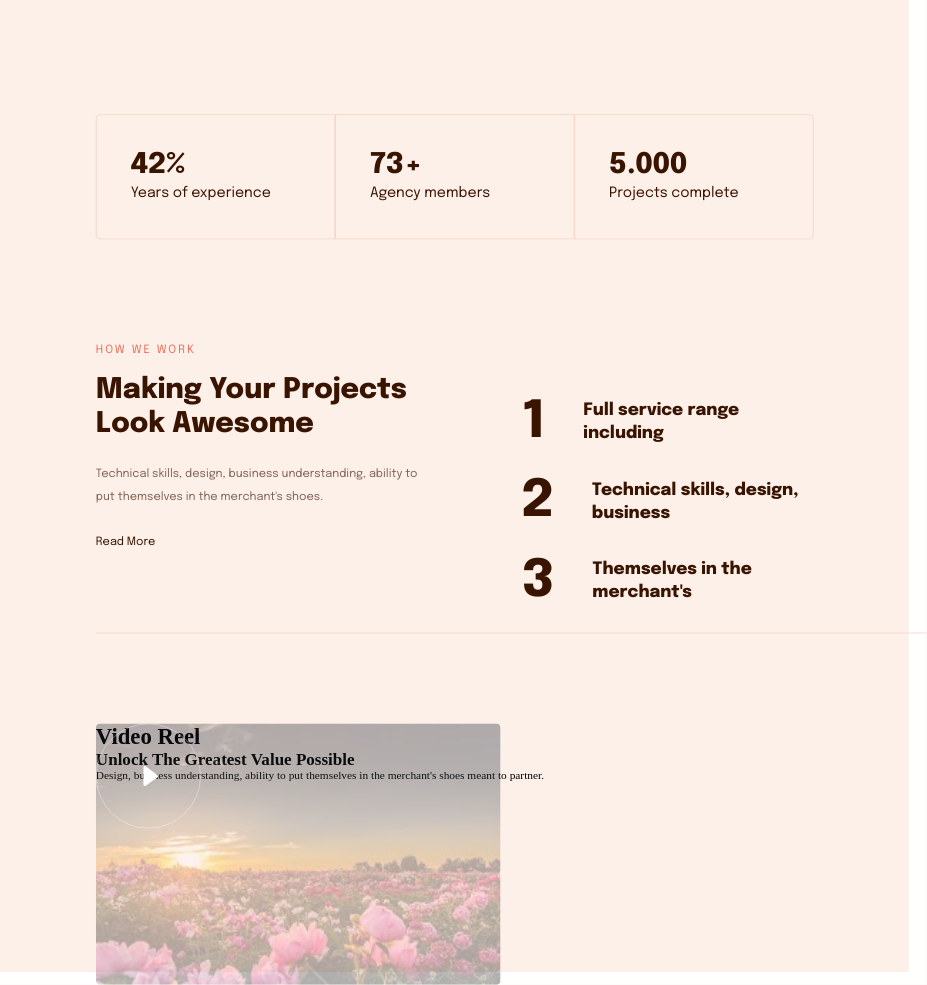
Repository: AytacJafarova/task2
Page: index.html
These files come from the project's save history. The page is drawn as it stood at one moment and after a run of saves; the edit follows.
The browser window is 1280 px wide. The page is 1305 px wide, so the pictures cover 1305 px, including what lies to the right of the window. The pictures show the whole page, at 71% of full size.

Above is the page before, as saved 2023-08-01 14:25:23.

### index.html
<!DOCTYPE html>
<html lang="en">

<head>
    <meta charset="UTF-8">
    <meta name="viewport" content="width=device-width, initial-scale=1.0">
    <title>Document</title>
    <link rel="stylesheet" href="./index.css">
</head>

<body>
    <div class="container">
        <div class="projects">
            <ul>
                <li>

                    <h1>42%</h1>
                    <p>Years of experience</p>
                </li>
                <li>
                    <h1>73+</h1>
                    <p>Agency members</p>
                </li>
                <li>
                    <h1>5.000</h1>
                    <p>Projects complete</p>
                </li>
            </ul>
        </div>
        <div class="work">
            <div class="box1">
                <h1>How we work</h1>
                <h2>Making Your Projects <br> Look Awesome</h2>
                <p>Technical skills, design, business understanding, ability to put themselves in the
                    merchant's shoes.</p>
                <a href="#">Read More</a>
            </div>
            <div class="box2">
                <ul>
                    <li>
                        <h1>1</h1>
                        <p>Full service range including</p>
                    </li>
                    <li>
                        <h1>2</h1>
                        <p>Technical skills, design, business</p>
                    </li>
                    <li>
                        <h1>3</h1>
                        <p>Themselves in the merchant's</p>
                    </li>
                </ul>
            </div>
        </div>
        <div class="border"></div>
        <div class="video">
            <div class="video-img">
                <img class="first" src="./images/images.jpg" alt="">
                <img src="./images/play.svg" alt="">
            </div>
            <div class="texts">
                <h1>Video Reel</h1>
                <h2>Unlock The Greatest Value Possible</h2>
                <p>Design, business understanding, ability to put themselves in the merchant's shoes meant to partner.
                </p>
            </div>
        </div>
    </div>
</body>

</html>

### index.css
@import url("https://fonts.googleapis.com/css2?family=Epilogue:wght@400;800&display=swap");
* {
  padding: 0;
  margin: 0;
  box-sizing: border-box;
}
.container {
  padding: 161px 134px 268px 135px;
  background: #fdf0e9;
}
.projects ul {
  display: flex;
  /* border-radius: 6px 0px 0px 6px; */
}
.projects ul li {
  display: flex;
  flex-direction: column;
  justify-content: center;
  list-style-type: none;
  border: 1px solid #f3d1bf;
  width: 33.33%;
  height: 176px;
  padding-left: 48px;
}
.projects li:first-child {
  border-radius: 6px 0px 0px 6px;
}
.projects li:last-child {
  border-radius: 0px 6px 6px 0px;
}

.projects ul li h1 {
  color: var(--text-dark, #391400);
  font-feature-settings: "clig" off, "liga" off;
  font-family: Epilogue;
  font-size: 40px;
  font-style: normal;
  font-weight: 800;
  line-height: 48px;
}
.projects ul li p {
  color: var(--text-dark, #391400);
  font-feature-settings: "clig" off, "liga" off;
  font-family: Epilogue;
  font-size: 20px;
  font-style: normal;
  font-weight: 400;
  line-height: 32px;
}
.work {
  display: flex;
  margin-top: 140px;
}
.box1 h1 {
  color: var(--text-dark-accent, #ef6d58);
  font-feature-settings: "clig" off, "liga" off;
  font-family: Epilogue;
  font-size: 16px;
  font-style: normal;
  font-weight: 400;
  line-height: 32px;
  letter-spacing: 3px;
  text-transform: uppercase;
  margin-bottom: 17px;
}
.box1 h2 {
  color: var(--text-dark, #391400);
  font-feature-settings: "clig" off, "liga" off;
  font-family: Epilogue;
  font-size: 40px;
  font-style: normal;
  font-weight: 800;
  line-height: 48px;
  margin-bottom: 30px;
}
.box1 p {
  width: 470px;
  height: 68px;
  flex-shrink: 0;
  color: var(--text-dark-gray, rgba(57, 20, 0, 0.64));
  font-feature-settings: "clig" off, "liga" off;
  font-family: Epilogue;
  font-size: 16px;
  font-style: normal;
  font-weight: 400;
  line-height: 32px;
  margin-bottom: 28px;
}
.box1 a {
  color: var(--text-dark, #391400);
  font-feature-settings: "clig" off, "liga" off;
  font-family: Epilogue;
  font-size: 16px;
  font-style: normal;
  font-weight: 400;
  line-height: 32px;
  text-decoration: none;
}
.box2 {
  display: flex;
  margin-left: 130px;
  margin-top: 78px;
}
.box2 ul li {
  display: flex;
  align-items: center;
  list-style-type: none;
  margin-bottom: 32px;
}
.box2 ul li h1 {
  margin-right: 55px;
  color: #391400;
  font-feature-settings: "clig" off, "liga" off;
  font-family: Epilogue;
  font-size: 72px;
  font-style: normal;
  font-weight: 800;
  line-height: 80px;
  letter-spacing: -2px;
}
.box2 ul li p {
  color: var(--text-dark, #391400);
  font-feature-settings: "clig" off, "liga" off;
  font-family: Epilogue;
  font-size: 24px;
  font-style: normal;
  font-weight: 700;
  line-height: 32px;
}
.border {
  width: 1170px;
  height: 1px;
  flex-shrink: 0;
  background: #f3d1bf;
}
.video {
  display: flex;
  margin-top: 127px;
}
.video .video-img .first {
  width: 570px;
  height: 368px;
  flex-shrink: 0;
  border-radius: 6px;
  opacity: 0.318057119846344;
  background: #5c2000;
}
.video .video-img img {
  width: 148px;
  height: 148px;
  flex-shrink: 0;
  color: FFFFF;
  margin-bottom: 0;
  position: absolute;
}
.video-img {
  position: relative;
}

After the next 2 saves:
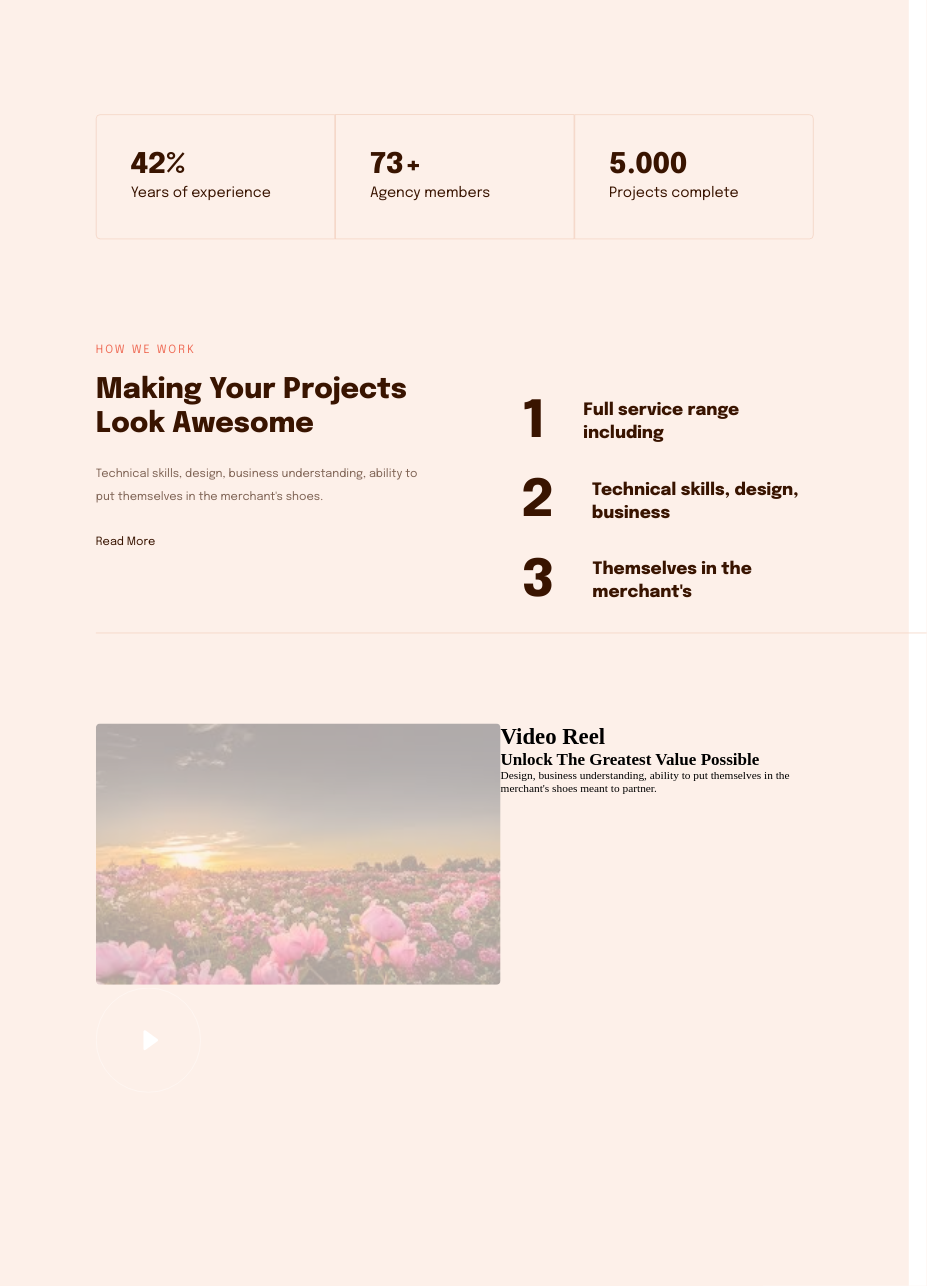
The 2 saves are shown as one change because they came seconds apart.
The last was saved 45 s later.
--- a/index.css
+++ b/index.css
@@ -151,8 +151,8 @@
   flex-shrink: 0;
   color: FFFFF;
   margin-bottom: 0;
-  position: absolute;
+  /* position: absolute; */
 }
 .video-img {
-  position: relative;
+  /* position: relative; */
 }
